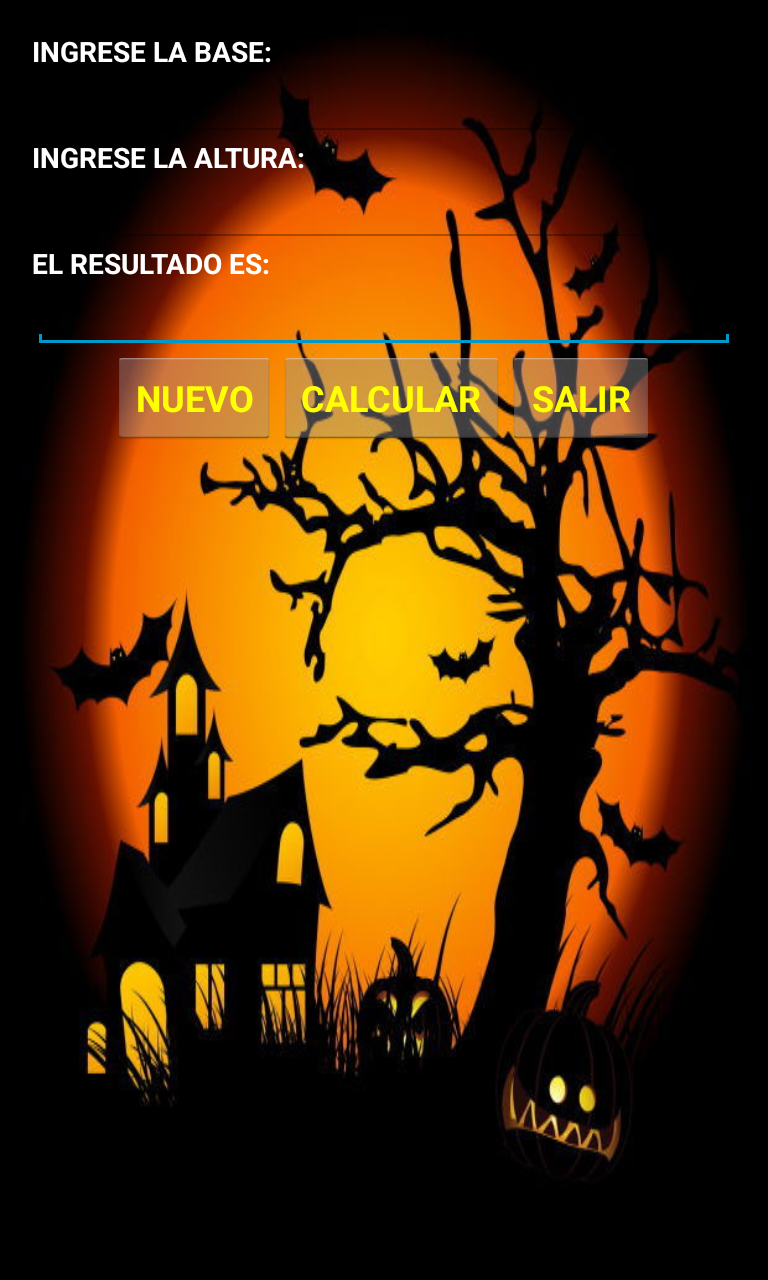
Repository: sherildyasmin06/-reas-Geom-tricas
Layout: Operaciones/res/layout/activity_triangulo.xml
The author's editor kept a copy of each file at every save. The layout is drawn from the files as they stood at one save, then again after the next save.
It is drawn on a 768 x 1280 px phone screen (xhdpi) without system bars, with theme AppTheme; the app's code is not run.

Above is the layout before, as saved 2017-10-21 02:50:32.

### Operaciones/res/layout/activity_triangulo.xml
<RelativeLayout xmlns:android="http://schemas.android.com/apk/res/android"
    xmlns:tools="http://schemas.android.com/tools"
    android:layout_width="match_parent"
    android:layout_height="match_parent"
    android:background="@drawable/fondo01"
    android:gravity="center"
    android:paddingBottom="@dimen/activity_vertical_margin"
    android:paddingLeft="@dimen/activity_horizontal_margin"
    android:paddingRight="@dimen/activity_horizontal_margin"
    android:paddingTop="@dimen/activity_vertical_margin"
    tools:context=".Triangulo" >

    <LinearLayout
        android:layout_width="match_parent"
        android:layout_height="match_parent"
        android:layout_centerHorizontal="true"
        android:layout_centerVertical="true"
        android:orientation="vertical" >

        <TextView
            android:id="@+id/textView1"
            android:layout_width="wrap_content"
            android:layout_height="wrap_content"
            android:text="@string/tribase"
            android:textColor="@color/coloresetiquetas02"
            android:textColorLink="@color/coloresetiquetas02"
            android:textStyle="bold" />

        <EditText
            android:id="@+id/tribase"
            android:layout_width="match_parent"
            android:layout_height="wrap_content"
            android:ems="10"
            android:inputType="number"
            android:textColorHint="@color/coloresetiquetas02"
            android:textSize="@dimen/tamanocuadros02" />

        <TextView
            android:id="@+id/textView2"
            android:layout_width="wrap_content"
            android:layout_height="wrap_content"
            android:text="@string/trialtura"
            android:textColor="@color/coloresetiquetas02"
            android:textStyle="bold" />

        <EditText
            android:id="@+id/trialtura"
            android:layout_width="match_parent"
            android:layout_height="wrap_content"
            android:ems="10"
            android:inputType="number"
            android:textColorHint="@color/coloresetiquetas02"
            android:textSize="@dimen/tamanocuadros02" />

        <TextView
            android:id="@+id/textView3"
            android:layout_width="wrap_content"
            android:layout_height="wrap_content"
            android:text="@string/triresultado"
            android:textColor="@color/coloresetiquetas02"
            android:textStyle="bold" />

        <EditText
            android:id="@+id/triresultado"
            android:layout_width="match_parent"
            android:layout_height="wrap_content"
            android:ems="10"
            android:inputType="numberDecimal"
            android:textColor="@color/colorcuadros02"
            android:textColorHint="@color/coloresetiquetas02"
            android:textSize="@dimen/tamanocuadros02" >

            <requestFocus />
        </EditText>

        <LinearLayout
            android:layout_width="wrap_content"
            android:layout_height="wrap_content"
            android:layout_gravity="center_horizontal" >

            <Button
                android:id="@+id/btnnuevo4"
                android:layout_width="wrap_content"
                android:layout_height="wrap_content"
                android:text="@string/bnuevo"
                android:textColor="@color/coloresetiquetas01"
                android:textStyle="bold" />

            <Button
                android:id="@+id/btncalcular4"
                android:layout_width="wrap_content"
                android:layout_height="wrap_content"
                android:text="@string/bcalcular"
                android:textColor="@color/coloresetiquetas01"
                android:textStyle="bold" />

            <Button
                android:id="@+id/btnsalir4"
                android:layout_width="75dp"
                android:layout_height="wrap_content"
                android:text="@string/bsalir"
                android:textColor="@color/coloresetiquetas01"
                android:textStyle="bold" />

        </LinearLayout>

    </LinearLayout>

</RelativeLayout>

### Operaciones/res/values/styles.xml
<resources>

    <!--
        Base application theme, dependent on API level. This theme is replaced
        by AppBaseTheme from res/values-vXX/styles.xml on newer devices.
    -->
    <style name="AppBaseTheme" parent="android:Theme.Light">
        <!--
            Theme customizations available in newer API levels can go in
            res/values-vXX/styles.xml, while customizations related to
            backward-compatibility can go here.
        -->
    </style>

    <!-- Application theme. -->
    <style name="AppTheme" parent="AppBaseTheme">
        <!-- All customizations that are NOT specific to a particular API-level can go here. -->
    </style>
    <color name="coloresetiquetas01">#ffff00</color>
    <color name="colorcuadros01">#ffffff</color>
    <color name="coloresetiquetas02">#ffffff</color>
    <color name="colorcuadros02">#ffffff</color>
    <color name="coloretiquetas03">#4633ff</color>
    <color name="colorcuadros04">#1A1A1B</color>

</resources>

### Operaciones/res/values/dimens.xml
<resources>

    <!-- Default screen margins, per the Android Design guidelines. -->
    <dimen name="activity_horizontal_margin">16dp</dimen>
    <dimen name="activity_vertical_margin">16dp</dimen>
    <dimen name="margensuperiorimagen01">5dp</dimen>
    <dimen name="tamanoetiquetas01">20sp</dimen>
    <dimen name="tamanocuadros01">20sp</dimen>
    <dimen name="tamanoetiquetas02">14sp</dimen>
    <dimen name="tamanocuadros02">14sp</dimen>

</resources>

### Operaciones/res/values/strings.xml
<?xml version="1.0" encoding="utf-8"?>
<resources>

    <string name="app_name">PRINCIPAL</string>
    <string name="action_settings">Settings</string>
    <string name="title_activity_factorial">Factorial de un Numero</string>
    <string name="hello_world">Hello world!</string>
    <string name="nfactorial">INGRESE NUMERO</string>
    <string name="nresultado">EL FACTORIAL ES:</string>
    <string name="bnuevo">NUEVO</string>
    <string name="bcalcular">CALCULAR</string>
    <string name="bsalir">SALIR</string>
    <string name="title_activity_trapecio">Area Del Trapecio</string>
    <string name="bmenor">BASE MENOR:</string>
    <string name="bmayor">BASE MAYOR:</string>
    <string name="baltura">ALTURA:</string>
    <string name="bareatrap">EL AREA ES:</string>
    <string name="title_activity_promedio">Promedio De Notas</string>
    <string name="pcurso">CURSO:</string>
    <string name="tnota1">NOTA 1:</string>
    <string name="tnota2">NOTA 2:</string>
    <string name="tnota3">NOTA 3:</string>
    <string name="tpromedio">"PROMEDIO: "</string>
    <string name="tobservacion">OBSERVACION:</string>
    <string name="title_activity_triangulo">Area del Triangulo</string>
    <string name="tribase">INGRESE LA BASE:</string>
    <string name="trialtura">INGRESE LA ALTURA:</string>
    <string name="triresultado">EL RESULTADO ES:</string>

</resources>

Loaded but not shown: Operaciones/res/values-v11/styles.xml (common file); Operaciones/res/values-v14/styles.xml (common file)

After the next save:
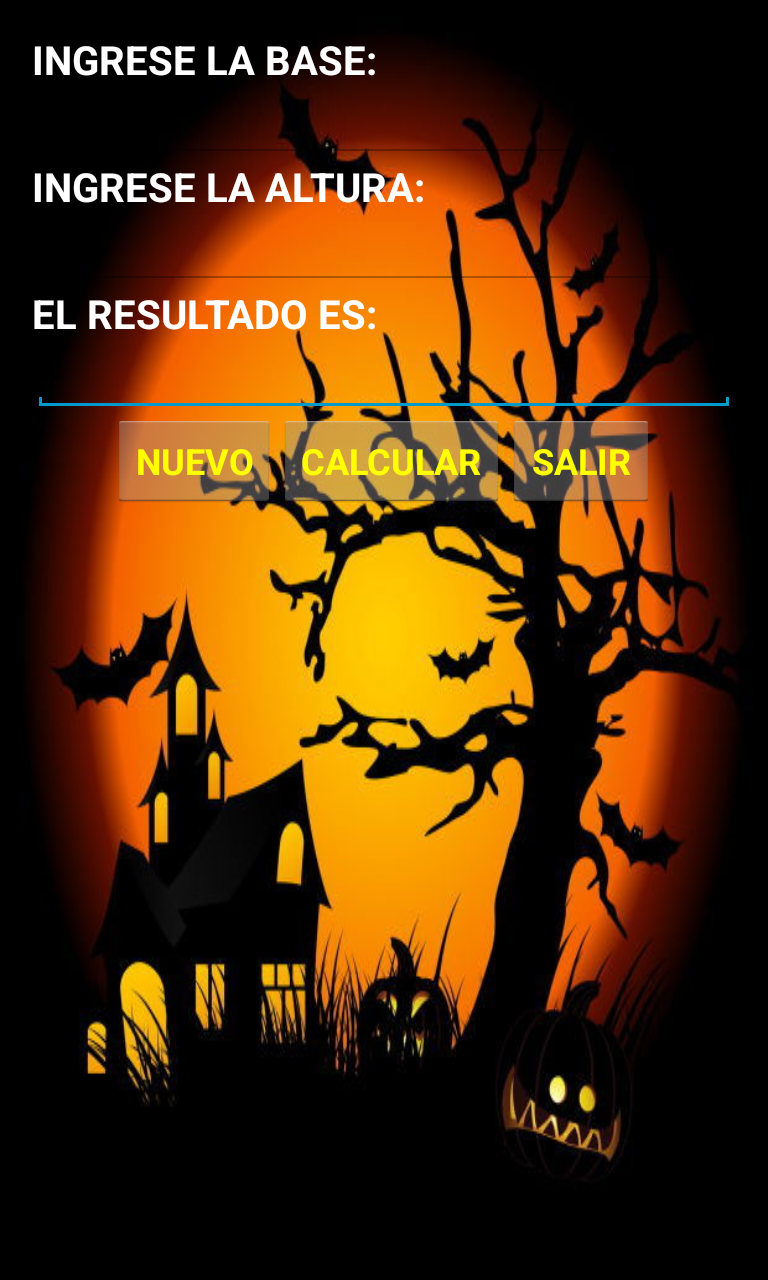
Saved 2 days later.
--- a/Operaciones/res/layout/activity_triangulo.xml
+++ b/Operaciones/res/layout/activity_triangulo.xml
@@ -24,6 +24,7 @@
             android:text="@string/tribase"
             android:textColor="@color/coloresetiquetas02"
             android:textColorLink="@color/coloresetiquetas02"
+            android:textSize="@dimen/tamanoetiquetas01"
             android:textStyle="bold" />
 
         <EditText
@@ -33,7 +34,7 @@
             android:ems="10"
             android:inputType="number"
             android:textColorHint="@color/coloresetiquetas02"
-            android:textSize="@dimen/tamanocuadros02" />
+            android:textSize="@dimen/activity_horizontal_margin" />
 
         <TextView
             android:id="@+id/textView2"
@@ -41,6 +42,7 @@
             android:layout_height="wrap_content"
             android:text="@string/trialtura"
             android:textColor="@color/coloresetiquetas02"
+            android:textSize="@dimen/tamanoetiquetas01"
             android:textStyle="bold" />
 
         <EditText
@@ -50,7 +52,7 @@
             android:ems="10"
             android:inputType="number"
             android:textColorHint="@color/coloresetiquetas02"
-            android:textSize="@dimen/tamanocuadros02" />
+            android:textSize="@dimen/activity_horizontal_margin" />
 
         <TextView
             android:id="@+id/textView3"
@@ -58,6 +60,7 @@
             android:layout_height="wrap_content"
             android:text="@string/triresultado"
             android:textColor="@color/coloresetiquetas02"
+            android:textSize="@dimen/tamanoetiquetas01"
             android:textStyle="bold" />
 
         <EditText
@@ -68,7 +71,7 @@
             android:inputType="numberDecimal"
             android:textColor="@color/colorcuadros02"
             android:textColorHint="@color/coloresetiquetas02"
-            android:textSize="@dimen/tamanocuadros02" >
+            android:textSize="@dimen/activity_horizontal_margin" >
 
             <requestFocus />
         </EditText>
